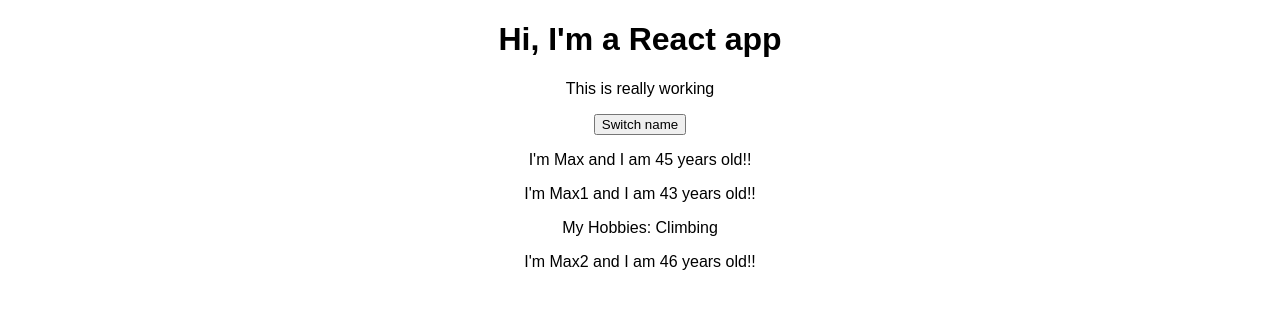
Repository: cristinadoroftei/FirstReactProject
Page: /
These files come from the project's save history. The page is drawn as it stood at one moment and after a run of saves; the edit follows.
The browser window is 1280 px wide. The pictures show the whole page.
The project was rebuilt for these pictures with package versions that can differ from the ones it lists, and the page was loaded fresh each time.

Above is the page before, as saved 2020-07-08 09:56:48.

After the next 2 saves:
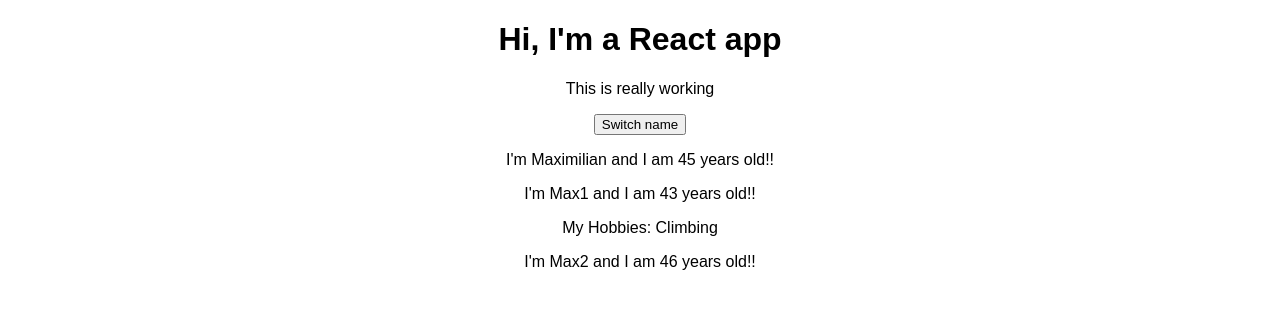
The 2 saves are shown as one change because they came seconds apart.
The last was saved 10 s later.
--- a/src/App.js
+++ b/src/App.js
@@ -7,7 +7,7 @@ import Person from './Person/Person.js'
 class App extends Component {
   state = {
     persons: [
-      {name: 'Max', age:28},
+      {name: 'Maximilian', age:28},
       {name: 'Max1', age:29},
       {name: 'Max2', age:29}
     ]
